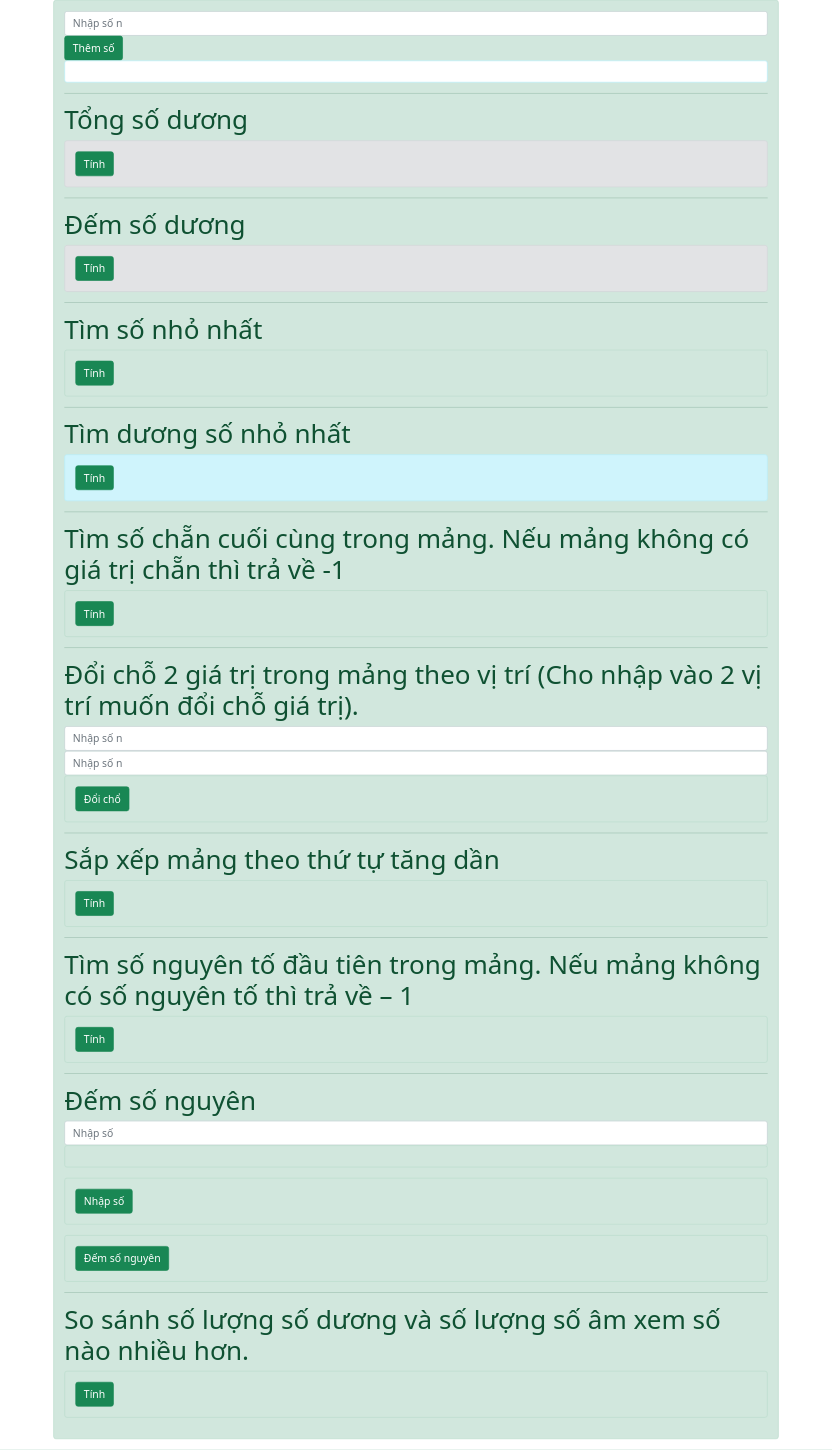
Repository: qkhanh1104k/Js-buoi7-8
Page: index.html
An editor plug-in stored every save of this project. The page is shown before and after the next save, followed by the edit.
The browser window is 1280 px wide. The pictures show the whole page, at 65% of full size.

Above is the page before, as saved 2022-07-27 19:14:56.

After the next save:
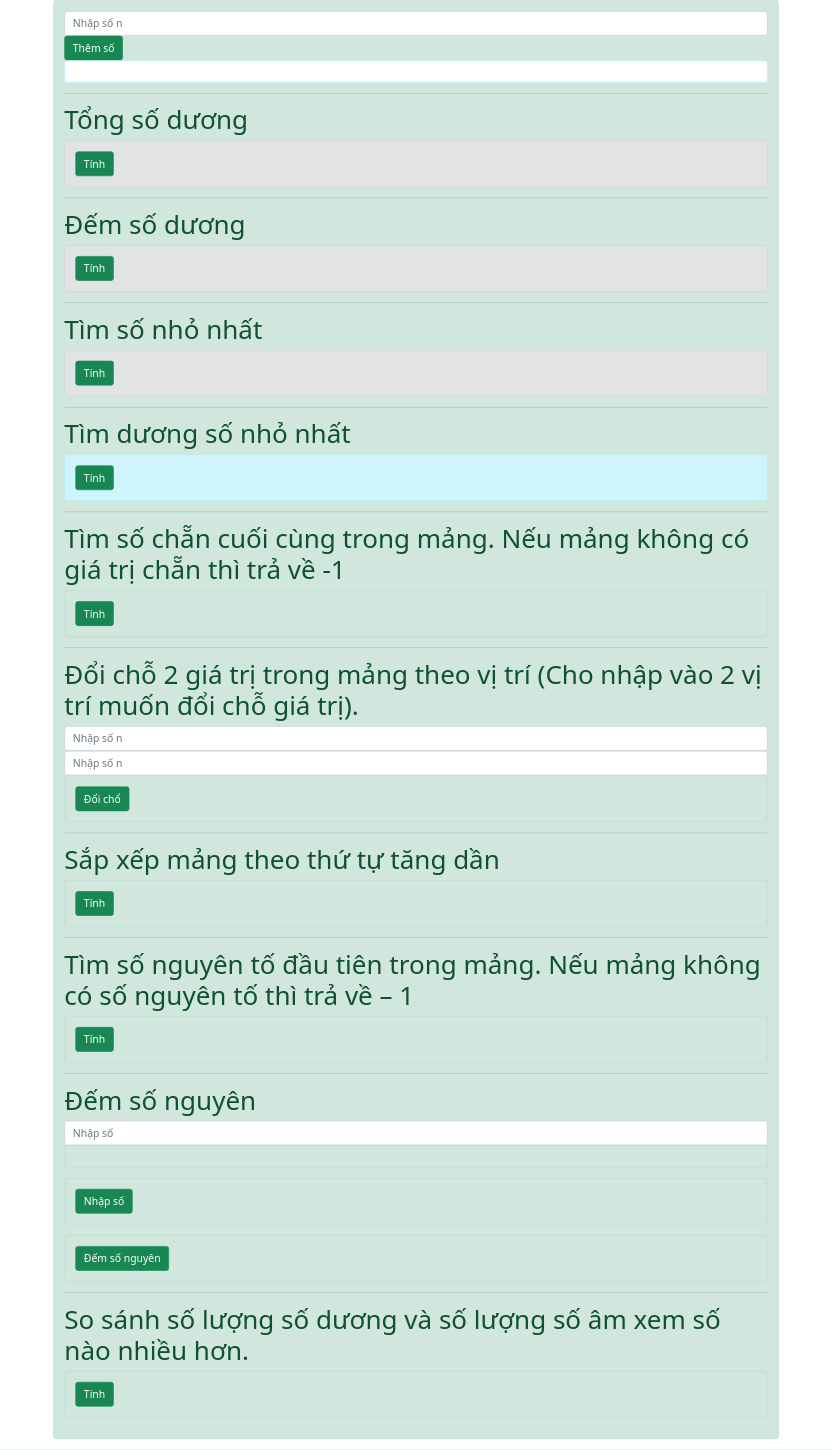
Saved 9 s later.
--- a/index.html
+++ b/index.html
@@ -49,7 +49,7 @@
           <hr />
           <h1>Tìm số nhỏ nhất</h1>
           <div>
-            <div class="alert alert-success" id="resBt4">
+            <div class="alert alert-secondary" id="resBt4">
               <button class="btn btn-success" onclick="calcTheSmallest()">
                 Tính
               </button>
